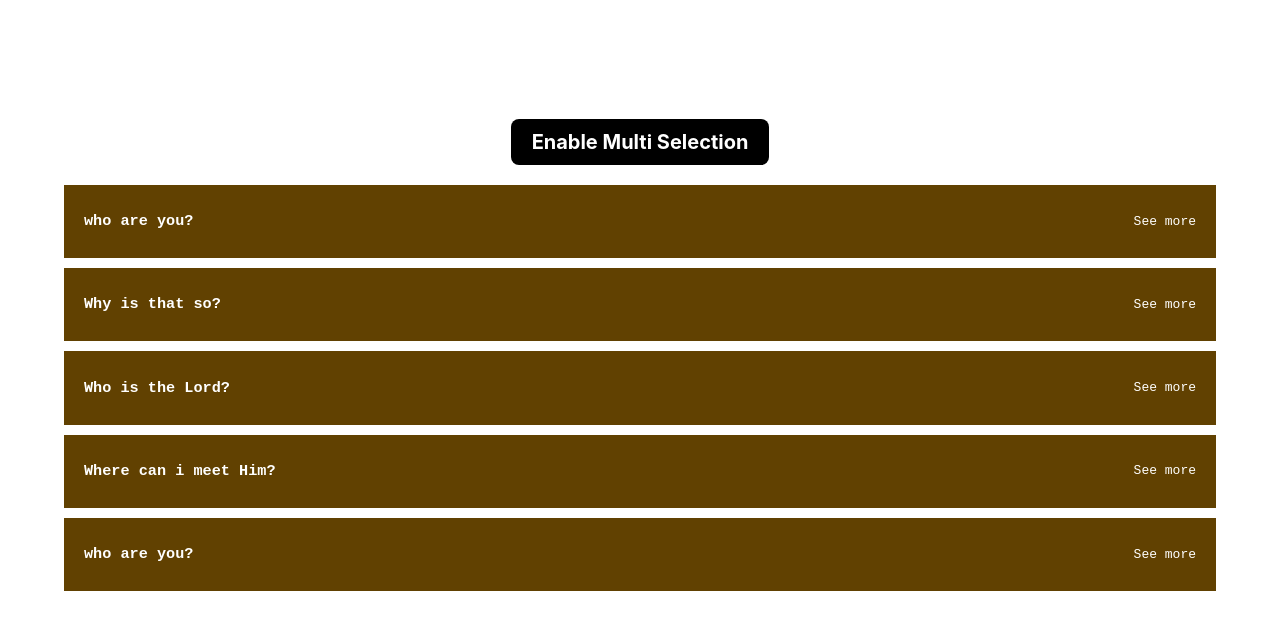
Repository: profbkmurage/reactprojectsBK
Page: /
An editor plug-in stored every save of this project. The page is shown before and after a run of saves, followed by the edit.
The browser window is 1280 px wide. The pictures show the whole page.
The project was rebuilt for these pictures with package versions that can differ from the ones it lists, and the page was loaded fresh each time. Also part of the build but not shown: vite.config.js.

Above is the page before, as saved 2025-02-23 09:56:09.

### src/App.jsx
import Accordian from './components/accordian'

function App () {
  return <Accordian />
}
export default App

### src/components/accordian/index.jsx
import { useState } from 'react'
import data from './data.js'
import './style.css'

export default function Accordian () {
    const [selected, setSelected] = useState(null) //keeps track of a sigle selected item
     const [enableMultipleSelection, setEnableMultipleSelection] = useState(false)
    const [multipleSelection, setMultipleSelection] = useState([])//keeps track of multiple selected item.

  function handleSigleSelection (getCurrentId) {
    setSelected(getCurrentId === selected ? null : getCurrentId) //if the current id is already selected, it will not display it twice otherwise it will display it
  }

  function handleMultiSelection (getCurrentId) {
    let copyMultiple = [...multipleSelection]
    const findIndexOfCurrentId = copyMultiple.indexOf(getCurrentId)
    if (findIndexOfCurrentId === -1) copyMultiple.push(getCurrentId)
    else copyMultiple.splice(findIndexOfCurrentId, 1)

    setMultipleSelection(copyMultiple)
  }
//   console.log(selected, multipleSelection)
  return (
    <div className='wrapper'>
      <button
        onClick={() => setEnableMultipleSelection(!enableMultipleSelection)}
      >
        Enable Multi Selection
      </button>
      <div className='accordian'>
        {data && data.length > 0 ? (
          data.map(dataItem => (
            <div key={dataItem.id} className='item'>
              <div
                onClick={
                  enableMultipleSelection
                    ? () => handleMultiSelection(dataItem.id)
                    : () => handleSigleSelection(dataItem.id)
                } //we check to see if the multiselction mode is enabled and use its funtion otherwise we use the single selection mode
                className='title'
              >
                <h3>{dataItem.question}</h3>
                <span>See more</span>
              </div>
              {selected === dataItem.id ||
              multipleSelection.indexOf(dataItem.id) !== -1 ? (
                <div className='content'>{dataItem.answer}</div>
              ) : null}
            </div>
          ))
        ) : (
          <div>No data found</div>
        )}
      </div>
    </div>
  )
}

### src/components/accordian/data.js
const data = [
    {
        id: '1',
        question: 'who are you?',
        answer: 'i am whom the Lord says i am'
    },
    {
        id: '2',
        question: 'Why is that so?',
        answer: 'i am whom the Lord says i am'
    },
    {
        id: '3',
        question: 'Who is the Lord?',
        answer: 'i am whom the Lord says i am'
    },
    {
        id: '4',
        question: 'Where can i meet Him?',
        answer: 'i am whom the Lord says i am'
    },
    {
        id: '5',
        question: 'who are you?',
        answer: 'i am whom the Lord says i am'
    }
];

export default data;

### src/components/accordian/style.css
.wrapper {
    display: flex;
    height: 100vh;
    width: 100vw;
    justify-content: center;
    align-items: center;
    flex-direction: column;
    gap: 20px;
    overflow: hidden;
}

.wrapper button {
    cursor: pointer;
    font-weight: bold;
    font-size: 20px;
    color: white;
    background-color: black;
    padding: 10px 20px;
}

.accordian {
    width: 90vw;
}

.item {
    background: #614101;
    margin-bottom: 10px;
    padding: 10px 20px;
    font-family: monospace;
}

.title {
    color: #fff;
    display: flex;
    justify-content: space-between;
    align-items: center;
    cursor: pointer;
}

.content {
    color: white;
    height: auto;
}

Loaded but not shown: index.html (common file); src/main.jsx (common file); src/index.css (common file)

After the next 2 saves:
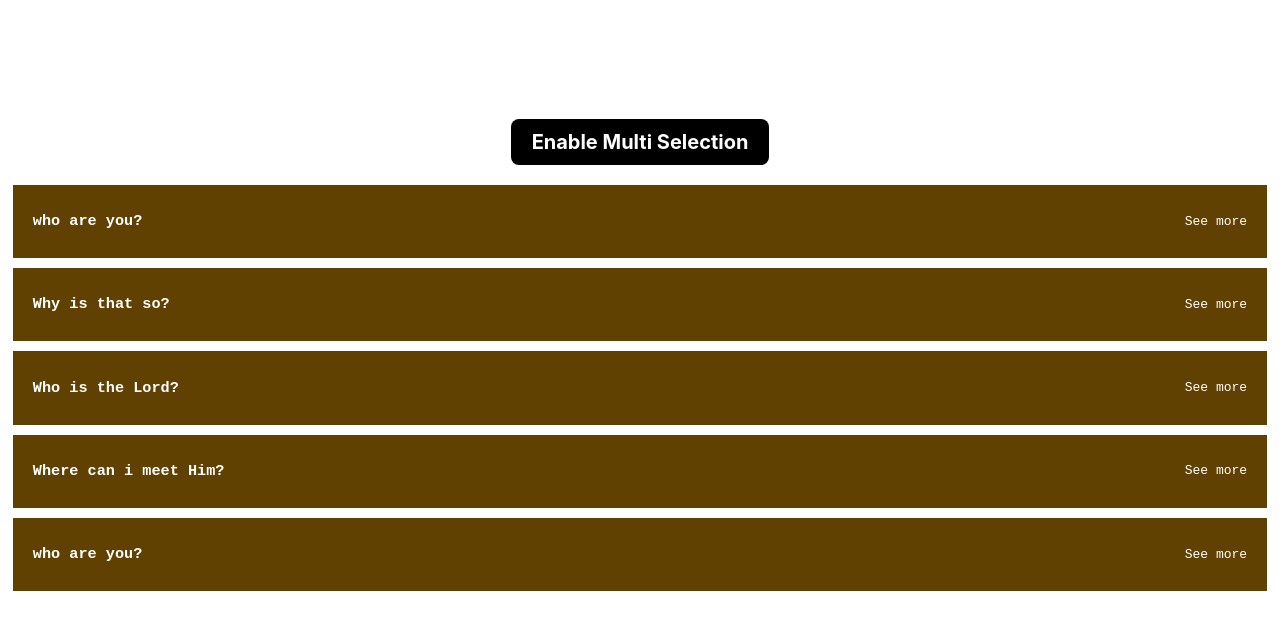
The 2 saves are shown as one change because they came seconds apart.
The last was saved 15 s later.
--- a/src/components/accordian/style.css
+++ b/src/components/accordian/style.css
@@ -19,7 +19,7 @@
 }
 
 .accordian {
-    width: 90vw;
+    width: 98vw;
 }
 
 .item {
